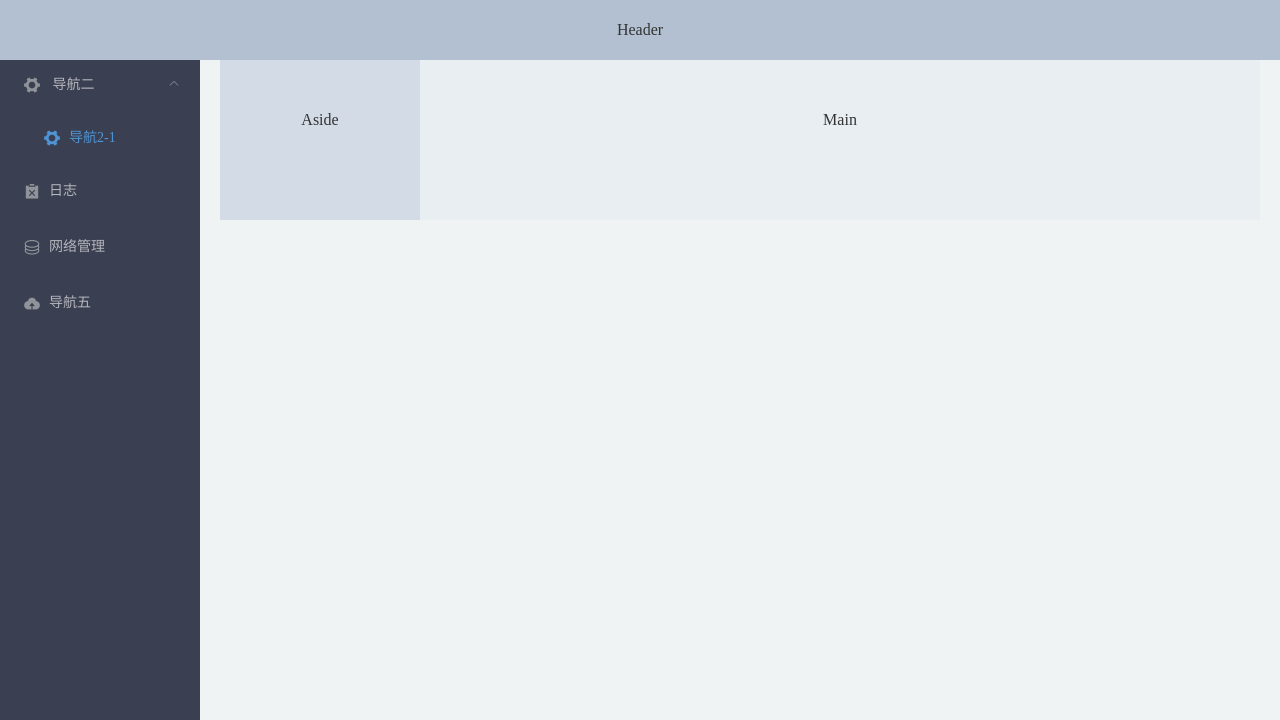
Repository: TomGodb/dazoo-admin
Page: /#/dashbord/aaa
An editor plug-in stored every save of this project. The page is shown before and after the next save, followed by the edit.
The browser window is 1280 px wide. The pictures show the whole page.
The project was rebuilt for these pictures with package versions that can differ from the ones it lists, and the page was loaded fresh each time. Also part of the build but not shown: vue.config.js, src/components/SlideVerify/index.vue, src/utils/request.js, src/views/login/http.js, src/views/login/index.vue.

Above is the page before, as saved 2021-01-23 11:50:31.

After the next save:
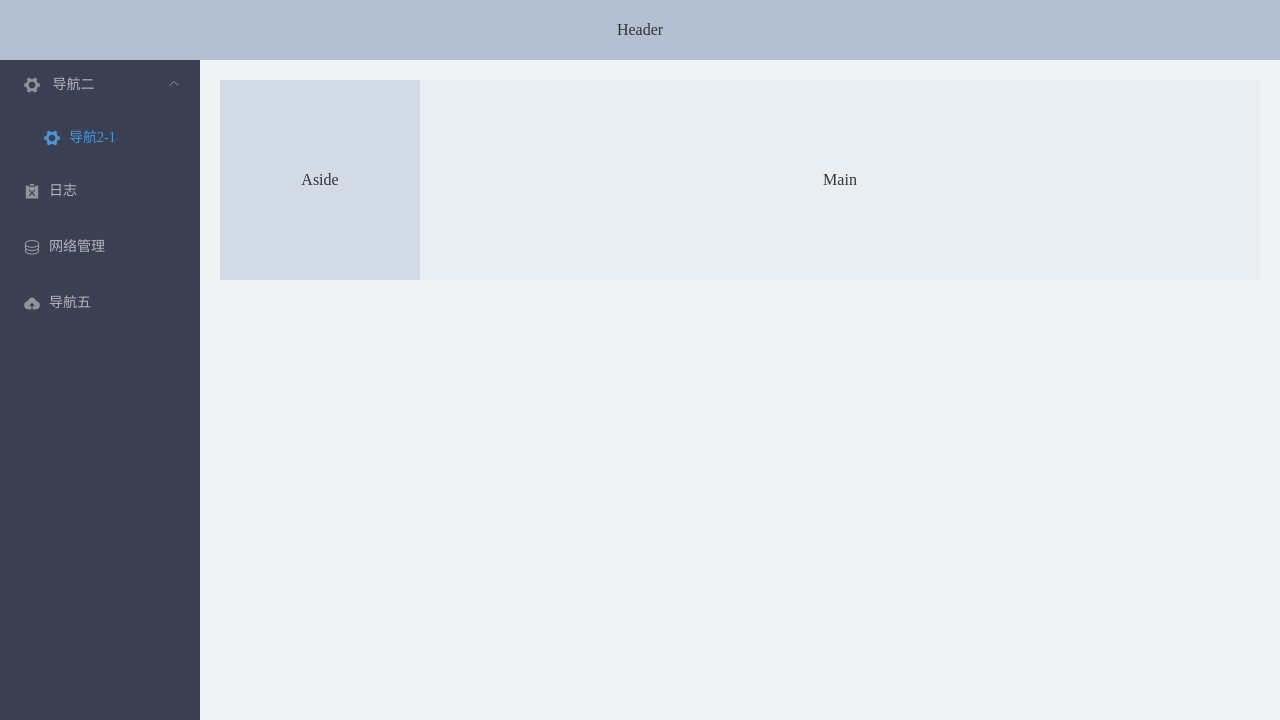
Saved 44 s later.
--- a/src/Home/index.vue
+++ b/src/Home/index.vue
@@ -117,6 +117,7 @@ export default {
   background-color: #f0f3f4;
 }
 .wrapper_con{
+  margin-top: 60px;
   height: calc(100% - 60px);
 }
 </style>
